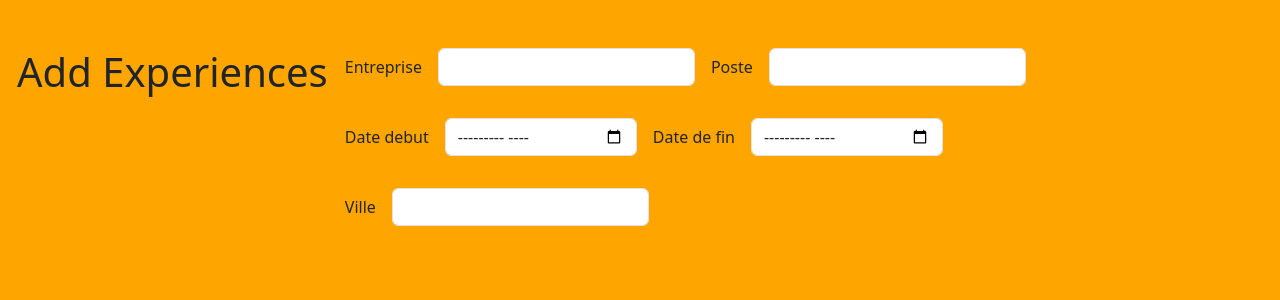
Repository: moAllElite/Examen-EJB-WEB-EAR
Page: http://localhost/SearchJobsWeb/views/exp_form_skills/addExp.jsp
These files come from the project's save history. The page is drawn as it stood at one moment and after the next save; the edit follows.
The browser window is 1280 px wide. The pictures show the whole page.
The page is served by Tomcat 9. Nobody is signed in. The application's start-up code is not run. Other server files are loaded and not shown.

Above is the page before, as saved 2023-03-25 22:28:56.

### SearchJobsWeb/src/main/webapp/views/exp_form_skills/addExp.jsp
<%@ page language="java" contentType="text/html; charset=ISO-8859-1"
    pageEncoding="ISO-8859-1"%>
<!DOCTYPE html>
<html>
<head>
<meta charset="ISO-8859-1">
<title>Experience</title>
</head>
<body>
	<h1 class="text-center mb-5">Add Experiences</h1>
	<form method="post" action="AddExperience">
		<jsp:include page="main.jsp"></jsp:include>
	</form>
</body>
</html>

### SearchJobsWeb/src/main/webapp/views/exp_form_skills/main.jsp
<%@ page language="java" contentType="text/html; charset=ISO-8859-1"
    pageEncoding="ISO-8859-1"%>
<!DOCTYPE html>
<html>
<head>
<meta charset="ISO-8859-1">
<title>Insert title here</title>
	 <link href="https://cdn.jsdelivr.net/npm/bootstrap@5.3.0-alpha1/dist/css/bootstrap.min.css" rel="stylesheet" integrity="sha384-GLhlTQ8iRABdZLl6O3oVMWSktQOp6b7In1Zl3/Jr59b6EGGoI1aFkw7cmDA6j6gD" crossorigin="anonymous">

	</head>
	<body class="d-flex justify-content-evenly mt-5" style="background-color: orange;">
		<!-- Example Code -->

	    <div class="row g-3 align-items-center">
		      <div class="col-auto">
		        <label for="inputPassword6" class="col-form-label">Entreprise</label>
		      </div>
		      <div class="col-auto">
		        <input type="text"  class="form-control" name="societe" name="" aria-describedby="addon-wrapping">
		      </div>
		      <div class="col-auto">
		      <label for="inputPassword6" class="col-form-label">Poste</label>
		    </div>
		    <div class="col-auto">
		      <input type="text"  class="form-control" name="poste" required="required" aria-describedby="addon-wrapping">
		    </div>
	  	</div>
	  	<!-- Example Code -->

	    <div class="row g-3 align-items-center mt-3">
	      <div class="col-auto">
	        <label for="inputPassword6" class="col-form-label">Date debut</label>
	      </div>
	      <div class="col-auto">
	        <input type="month" name="datedb"  class="form-control" required="required"  aria-describedby="addon-wrapping">
	      </div>
	      <div class="col-auto">
	      <label for="inputPassword6" class="col-form-label">Date de fin</label>
	    </div>
	    <div class="col-auto">
	      <input type="month"  name="datefn" required="required" class="form-control"  aria-describedby="addon-wrapping">
	    </div>
	    <div class="row g-3 align-items-center mt-3">
	      <div class="col-auto">
	        <label for="inputPassword6" class="col-form-label">Ville</label>
	      </div>
	      <div class="col-auto">
	        <input type="text" name="ville"  class="form-control" required="required"  aria-describedby="addon-wrapping">
	      </div>
	      </div>
	  </div>
	  	<script src="https://cdn.jsdelivr.net/npm/@popperjs/core@2.11.6/dist/umd/popper.min.js" integrity="sha384-oBqDVmMz9ATKxIep9tiCxS/Z9fNfEXiDAYTujMAeBAsjFuCZSmKbSSUnQlmh/jp3" crossorigin="anonymous"></script>
		<script src="https://cdn.jsdelivr.net/npm/bootstrap@5.3.0-alpha1/dist/js/bootstrap.min.js" integrity="sha384-mQ93GR66B00ZXjt0YO5KlohRA5SY2XofN4zfuZxLkoj1gXtW8ANNCe9d5Y3eG5eD" crossorigin="anonymous"></script>

	</body>
</html>

After the next save:
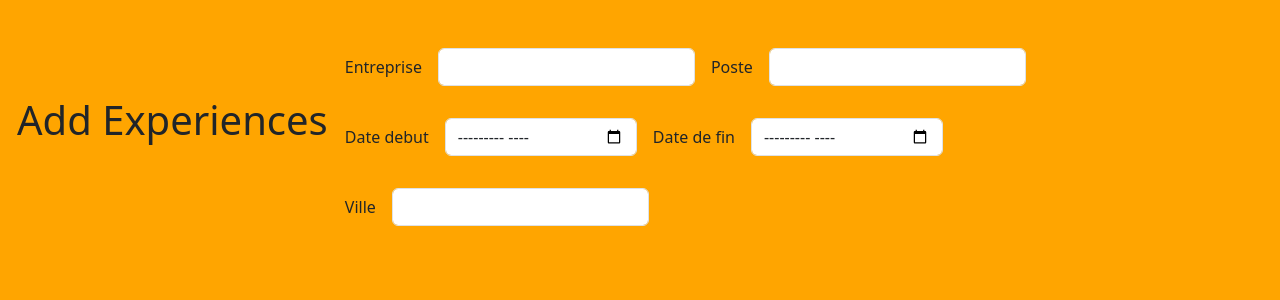
Saved 13 s later.
--- a/SearchJobsWeb/src/main/webapp/views/exp_form_skills/addExp.jsp
+++ b/SearchJobsWeb/src/main/webapp/views/exp_form_skills/addExp.jsp
@@ -7,7 +7,7 @@
 <title>Experience</title>
 </head>
 <body>
-	<h1 class="text-center mb-5">Add Experiences</h1>
+	<h1 class="text-center mt-5">Add Experiences</h1>
 	<form method="post" action="AddExperience">
 		<jsp:include page="main.jsp"></jsp:include>
 	</form>

After the save that followed:
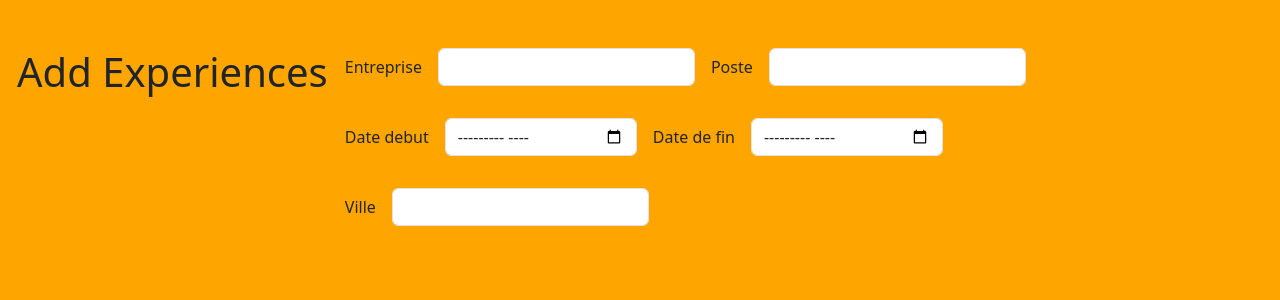
Saved 17 s later.
--- a/SearchJobsWeb/src/main/webapp/views/exp_form_skills/addExp.jsp
+++ b/SearchJobsWeb/src/main/webapp/views/exp_form_skills/addExp.jsp
@@ -7,7 +7,7 @@
 <title>Experience</title>
 </head>
 <body>
-	<h1 class="text-center mt-5">Add Experiences</h1>
+	<h1 class="text-center bottom-5">Add Experiences</h1>
 	<form method="post" action="AddExperience">
 		<jsp:include page="main.jsp"></jsp:include>
 	</form>
